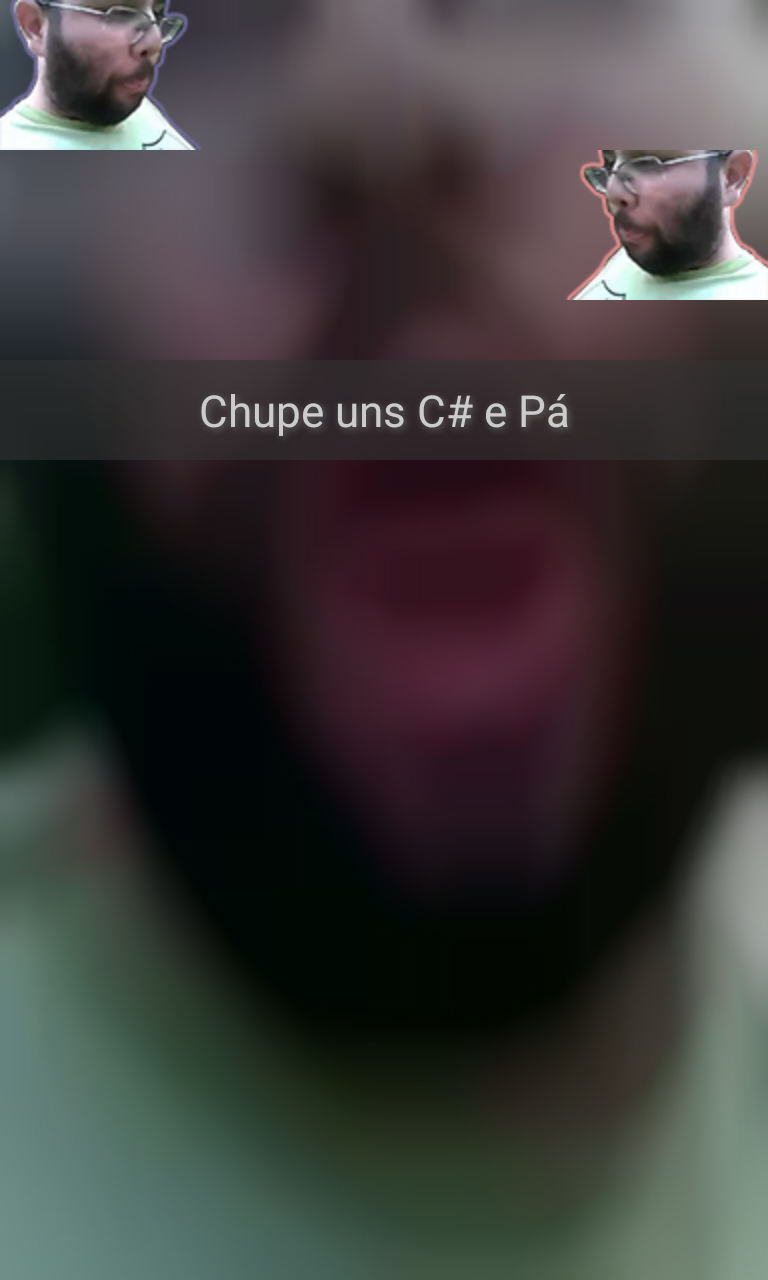
Repository: Cookahn/bioca_sounds
Layout: ChicoBiocaApp/res/layout/remix_activity.xml
The author's editor kept a copy of each file at every save. The layout is drawn from the files as they stood at one save, then again after the next save.
It is drawn on a 768 x 1280 px phone screen (xhdpi) without system bars, with theme AppTheme; the app's code is not run.

Above is the layout before, as saved 2014-08-14 11:15:58.

After the next save:
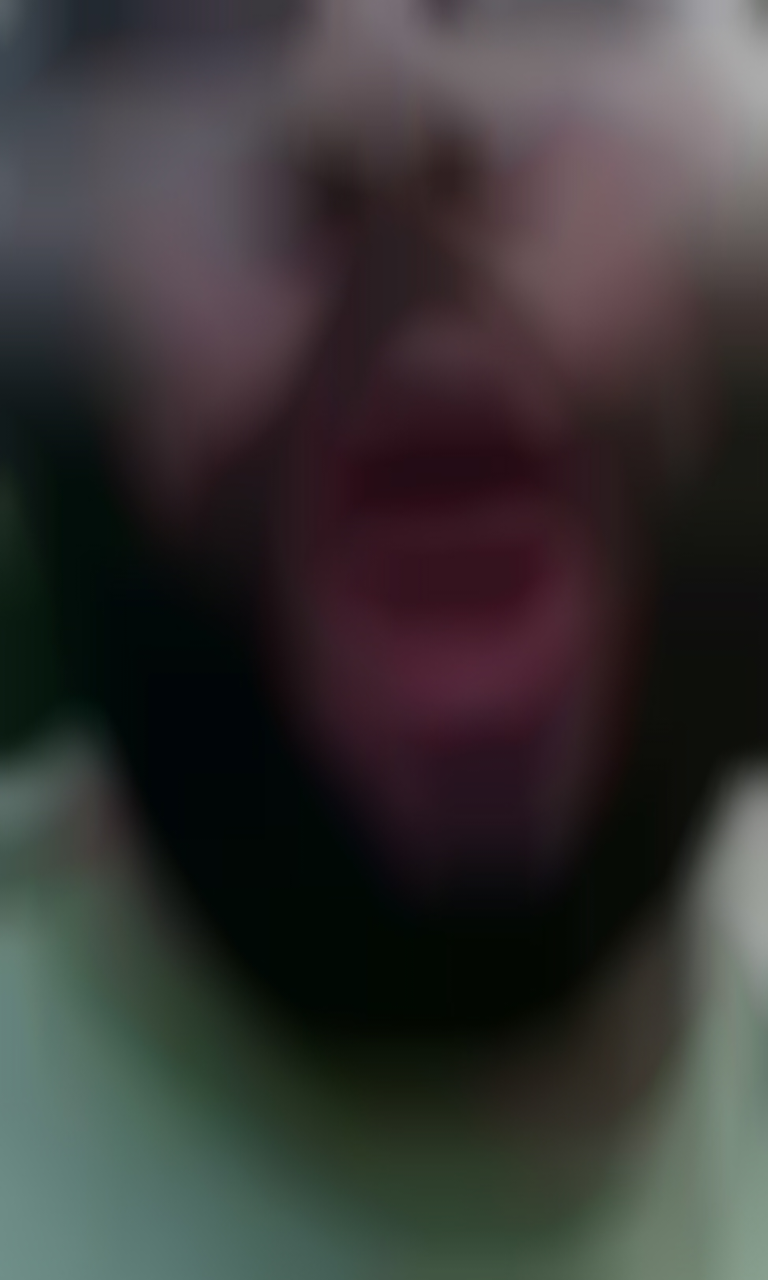
Saved 28 s later.
--- a/ChicoBiocaApp/res/layout/remix_activity.xml
+++ b/ChicoBiocaApp/res/layout/remix_activity.xml
@@ -5,6 +5,7 @@
     android:background="@drawable/backgroundtofuck"
     android:orientation="vertical" >
 
+    <RelativeLayout >
         <ImageView
         android:layout_width="wrap_content"
         android:layout_height="wrap_content"
@@ -35,7 +36,7 @@
         android:textColor="#ccc"
         android:textSize="22sp" />
 
-
+</RelativeLayout>
     <ScrollView
         android:layout_width="match_parent"
         android:layout_height="match_parent" >
